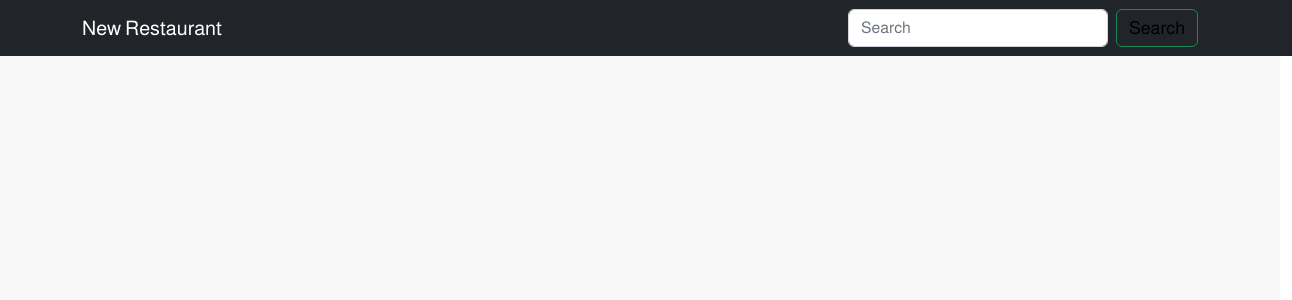
Repository: SD-Mdouka/react-table
Page: /
These files come from the project's save history. The page is drawn as it stood at one moment and after the next save; the edit follows.
The browser window is 1280 px wide. The page is 1292 px wide, so the pictures cover 1292 px, including what lies to the right of the window. The pictures show the whole page.
The project was rebuilt for these pictures with package versions that can differ from the ones it lists, and the page was loaded fresh each time.

Above is the page before, as saved 2022-10-06 15:44:10.

### public/index.html
<!DOCTYPE html>
<html lang="en">

<head>
    <meta charset="utf-8" />
    <link rel="icon" href="%PUBLIC_URL%/favicon.ico" />
    <meta name="viewport" content="width=device-width, initial-scale=1" />
    <meta name="theme-color" content="#000000" />
    <meta name="description" content="Web site created using create-react-app" />
    <link rel="apple-touch-icon" href="%PUBLIC_URL%/logo192.png" />
    <!--
      manifest.json provides metadata used when your web app is installed on a
      user's mobile device or desktop. See https://developers.google.com/web/fundamentals/web-app-manifest/
    -->
    <link rel="manifest" href="%PUBLIC_URL%/manifest.json" />
    <link rel="preconnect" href="https://fonts.googleapis.com" />
    <link rel="preconnect" href="https://fonts.gstatic.com" crossorigin />
    <link href="https://fonts.googleapis.com/css2?family=Almarai:wght@300;400;700;800&family=Cairo:wght@300&display=swap" rel="stylesheet" />

    <link rel="stylesheet" href="https://cdn.jsdelivr.net/npm/bootstrap@5.2.0-beta1/dist/css/bootstrap.min.css" integrity="sha384-0evHe/X+R7YkIZDRvuzKMRqM+OrBnVFBL6DOitfPri4tjfHxaWutUpFmBp4vmVor" crossorigin="anonymous" />
    <title>React App</title>
</head>

<body>
    <noscript>You need to enable JavaScript to run this app.</noscript>
    <div id="root"></div>
    <!--
      This HTML file is a template.
      If you open it directly in the browser, you will see an empty page.

      You can add webfonts, meta tags, or analytics to this file.
      The build step will place the bundled scripts into the <body> tag.

      To begin the development, run `npm start` or `yarn start`.
      To create a production bundle, use `npm run build` or `yarn build`.
    -->
</body>

</html>

### src/App.tsx
import React from "react";
import { Container } from "react-bootstrap";
import "./App.css";
import NavBar from "./components/Navbar";

const App = () => {
  return (
    <div className="color-body font">
      <NavBar />
      <Container></Container>
    </div>
  );
};

export default App;

### src/App.css
.color-body {
    background-color: #f8f8f8;
    height: 100vh;
}

.font {
    font-family: "Almarai", sans-serif;
}

.title {
    color: #224f61;
    font-family: Almarai;
    font-size: 30px;
    font-weight: bold;
    letter-spacing: 0;
    line-height: 64px;
}

.underline {
    height: 1px;
    width: 200px;
    border-radius: 10px;
    border: 2px solid #b45b35;
}

.btn {
    color: black;
    font-family: Almarai;
    font-size: 18px;
    letter-spacing: 0;
    line-height: 24px;
}

.btn:hover {
    color: black;
    font-family: Almarai;
    font-size: 18px;
    font-weight: bold;
    letter-spacing: 0;
    line-height: 24px;
    border-radius: 11px;
    border: none;
    background-color: #b45b35;
}

.img-item {
    height: 180px;
    width: 252px;
    border-radius: 5px;
}

.item-description {
    color: #8c8c8c;
    font-family: Almarai;
    font-size: 16px;
    letter-spacing: 0;
    line-height: 20px;
}

.item-title {
    color: #555555;
    font-family: Almarai;
    font-size: 16px;
    font-weight: bold;
    letter-spacing: 0;
    line-height: 20px;
}

.card-color {
    background-color: #f8f8f8;
}

.item-price {
    color: #b45b35;
    font-family: Almarai;
    font-size: 16px;
    font-weight: bold;
    letter-spacing: 0;
    line-height: 20px;
}

.btn-search {
    color: #b45b35;
    border-radius: 3px solid #b45b35;
    border-radius: 8px;
    background-color: white;
}

.btn-search:hover {
    color: white;
    border-radius: 3px solid white;
    background-color: #b45b35;
    border-radius: 8px;
}

.brand-color {
    color: #b45b35;
}

### src/components/Navbar.js
import React from "react";
import { Container, Navbar, Row, Nav, Form, Button } from "react-bootstrap";

const NavBar = () => {
  return (
    <Row>
      <Navbar bg="dark" expand="lg" variant="dark">
        <Container>
          <Navbar.Brand href="#">New Restaurant</Navbar.Brand>
          <Navbar.Toggle aria-controls="navbarScroll" />
          <Navbar.Collapse id="navbarScroll">
            <Nav
              className="me-auto my-2 my-lg-0"
              style={{ maxHeight: "100px" }}
              navbarScroll
            ></Nav>
            <Form className="d-flex">
              <Form.Control
                type="search"
                placeholder="Search"
                className="me-2"
                aria-label="Search"
              />
              <Button variant="outline-success">Search</Button>
            </Form>
          </Navbar.Collapse>
        </Container>
      </Navbar>
    </Row>
  );
};

export default NavBar;

Loaded but not shown: src/index.tsx (common file); src/index.css (common file); src/reportWebVitals.ts (common file)

After the next save:
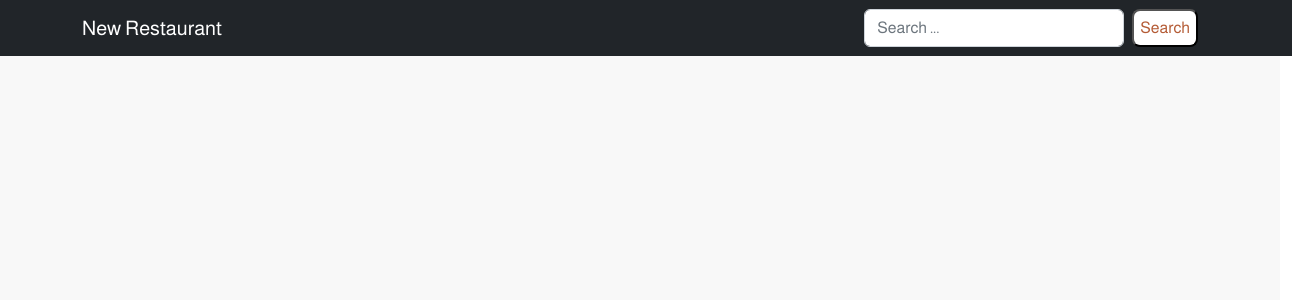
Saved 2 min 31 s later.
--- a/src/components/Navbar.js
+++ b/src/components/Navbar.js
@@ -16,12 +16,11 @@ const NavBar = () => {
             ></Nav>
             <Form className="d-flex">
               <Form.Control
-                type="search"
-                placeholder="Search"
-                className="me-2"
-                aria-label="Search"
+                type="text"
+                placeholder="Search ..."
+                className="mx-2"
               />
-              <Button variant="outline-success">Search</Button>
+              <button className="btn-search">Search</button>
             </Form>
           </Navbar.Collapse>
         </Container>
